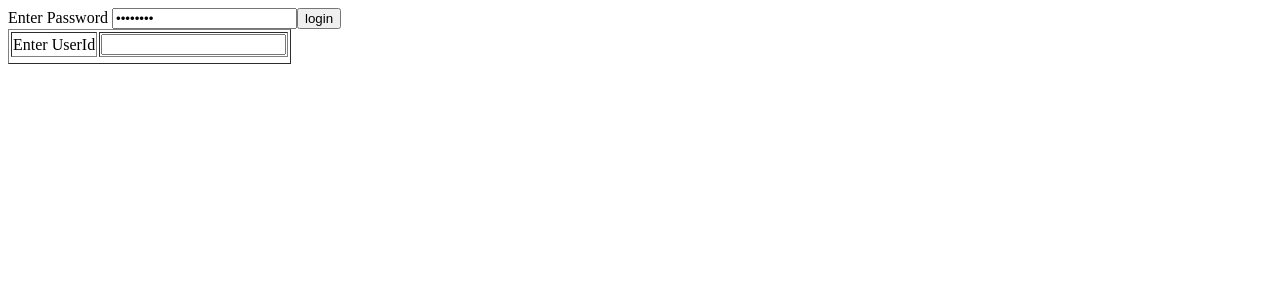
Repository: SravanthiSanaka/programs
Page: Training1/WebContent/Login.html
These files come from the project's save history. The page is drawn as it stood at one moment and after the next save; the edit follows.
The browser window is 1280 px wide. The pictures show the whole page.

Above is the page before, as saved 2020-03-03 06:05:08.

### Training1/WebContent/Login.html

<!DOCTYPE html>
<html>
<head>
<meta charset="ISO-8859-1">
<title>Insert title here</title>
</head>
<body>

<form action="http://localhost:8082/Training/LoginValidate.jsp">
<table border="1">
<tr><td>Enter UserId</td><td> <input type="text" name="username"/></td> </tr>
<tr> Enter Password <input type="password" value="password" /> </tr>
<tr> <input type="submit" value="login" /> </tr>
</table>
</form>

</body>
</html>

After the next save:
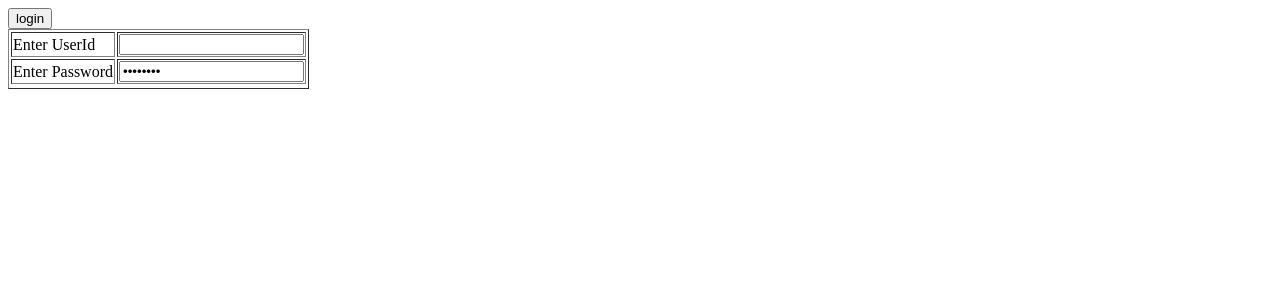
Saved 20 s later.
--- a/Training1/WebContent/Login.html
+++ b/Training1/WebContent/Login.html
@@ -10,7 +10,7 @@
 <form action="http://localhost:8082/Training/LoginValidate.jsp">
 <table border="1">
 <tr><td>Enter UserId</td><td> <input type="text" name="username"/></td> </tr>
-<tr> Enter Password <input type="password" value="password" /> </tr>
+<tr><td> Enter Password</td> <td><input type="password" value="password" /></td> </tr>
 <tr> <input type="submit" value="login" /> </tr>
 </table>
 </form>
